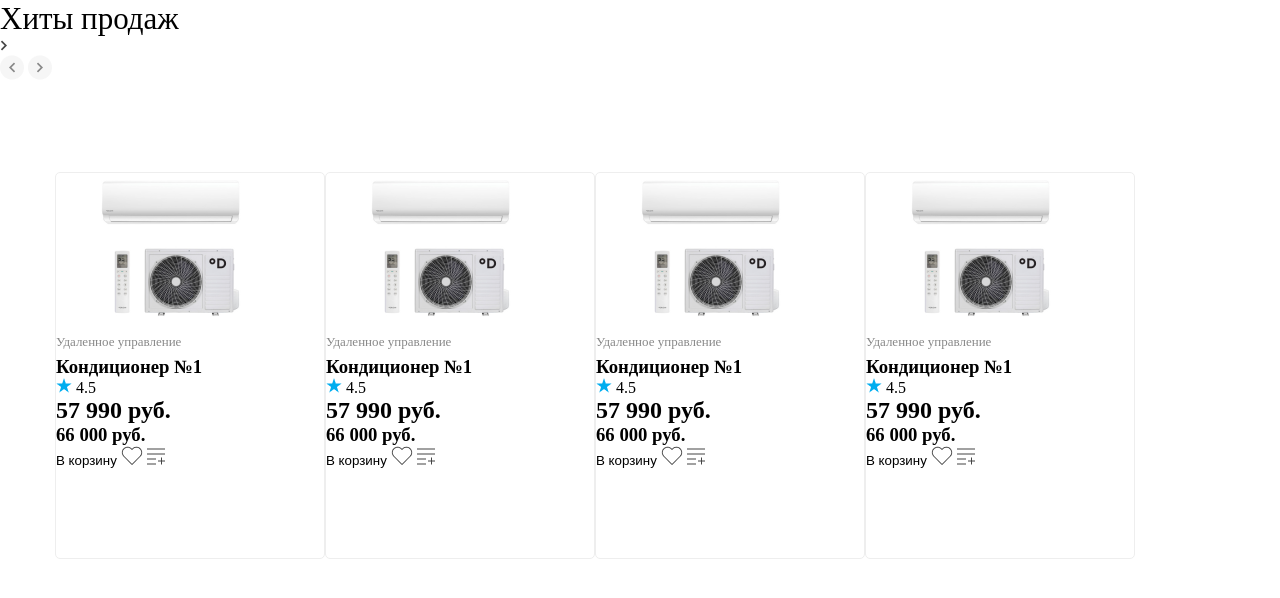
Repository: NikaMana/us
Page: index.html
The author's editor kept a copy of each file at every save. The page is drawn from the files as they stood at one save, then again after the next save.
The browser window is 1280 px wide. The pictures show the whole page.

Above is the page before, as saved 2021-09-15 15:28:22.

### index.html
<!DOCTYPE html>
<html lang="ru">
<head>
    <meta charset="utf-8">
    <title>Main page</title>
    <meta name="viewport" content="widht=1100, initial-scale=1.0">
    <link rel="stylesheet" href="./styles.css">


</head>
<body>
<div class="welcome">
  <div class="welcome__container">
    <div class="welcome__up">
      <div class="welcome__left">
        <h1 class="welcome__hits">Хиты продаж</h1>
        <img class="welcome__arr" src="/img/arrbl.png" alt="blackarrow">
      </div>
      <div class="welcome__right">
        <img class="welcome__arr-left" src="/img/arrleft.png" alt="arrowleft">
        <img class="welcome__arr-right" src="/img/arrright.png" alt="arrowright">
      </div>
    </div>
      <div class="welcome__block-container">
        <div class="welcome__block">
          <img class="welcome__pic" src="/img/pic1.png" alt="condition">
          <h4 class="welcome__control">Удаленное управление</h4>
          <h3 class="welcome__condition">Кондиционер №1</h3>
          <div class="welcome__rating">
            <img class="welcome__star" src="/img/Star.png" alt="star">
            <span class="welcome__score">4.5</span>
          </div>
          <div class="welcome__price">
            <h2 class="welcome__price-current">57 990 руб.</h2>
            <h3 class="welcome__price-current">66 000 руб.</h3>
          </div>
          <div class="welcome__adding">
            <button class="welcome__button">В корзину</button>
            <img class="welcome__like" src="/img/like.png" alt="like">
            <img class="welcome__plus" src="/img/add.png" alt="add">
          </div>
        </div>
        <div class="welcome__block">
          <img class="welcome__pic" src="/img/pic1.png" alt="condition">
          <h4 class="welcome__control">Удаленное управление</h4>
          <h3 class="welcome__condition">Кондиционер №1</h3>
          <div class="welcome__rating">
            <img class="welcome__star" src="/img/Star.png" alt="star">
            <span class="welcome__score">4.5</span>
          </div>
          <div class="welcome__price">
            <h2 class="welcome__price-current">57 990 руб.</h2>
            <h3 class="welcome__price-current">66 000 руб.</h3>
          </div>
          <div class="welcome__adding">
            <button class="welcome__button">В корзину</button>
            <img class="welcome__like" src="/img/like.png" alt="like">
            <img class="welcome__plus" src="/img/add.png" alt="add">
          </div>
        </div>
        <div class="welcome__block">
          <img class="welcome__pic" src="/img/pic1.png" alt="condition">
          <h4 class="welcome__control">Удаленное управление</h4>
          <h3 class="welcome__condition">Кондиционер №1</h3>
          <div class="welcome__rating">
            <img class="welcome__star" src="/img/Star.png" alt="star">
            <span class="welcome__score">4.5</span>
          </div>
          <div class="welcome__price">
            <h2 class="welcome__price-current">57 990 руб.</h2>
            <h3 class="welcome__price-current">66 000 руб.</h3>
          </div>
          <div class="welcome__adding">
            <button class="welcome__button">В корзину</button>
            <img class="welcome__like" src="/img/like.png" alt="like">
            <img class="welcome__plus" src="/img/add.png" alt="add">
          </div>
        </div>
        <div class="welcome__block">
          <img class="welcome__pic" src="/img/pic1.png" alt="condition">
          <h4 class="welcome__control">Удаленное управление</h4>
          <h3 class="welcome__condition">Кондиционер №1</h3>
          <div class="welcome__rating">
            <img class="welcome__star" src="/img/Star.png" alt="star">
            <span class="welcome__score">4.5</span>
          </div>
          <div class="welcome__price">
            <h2 class="welcome__price-current">57 990 руб.</h2>
            <h3 class="welcome__price-current">66 000 руб.</h3>
          </div>
          <div class="welcome__adding">
            <button class="welcome__button">В корзину</button>
            <img class="welcome__like" src="/img/like.png" alt="like">
            <img class="welcome__plus" src="/img/add.png" alt="add">
          </div>
        </div>
      </div>
  </div>
</div>
</body>

### styles.css
*{
  margin: 0;
  padding: 0;
  box-sizing: border-box;
}
button{
  border: none;
  background: no-repeat;
}
h1, h2,h3,h4,h5{
  font-family: none;
  font-size: none;
}
.welcome{
  position: absolute;
  width: 100%;
  height: 100%;
  z-index: 0;
}

.welcome__hits{
font-family: Gotham Pro;
font-size: 31px;
font-style: normal;
font-weight: 300;
line-height: 37px;
letter-spacing: 0em;
text-align: left;
}
.welcome__block-container{
  display: flex;
  flex-direction: row;
}
.welcome__block{
height: 387px;
width: 270px;
left: 55px;
top: 88px;
border-radius: 5px;
position: relative;
height: 387px;
left: 55px;
right: 955px;
top: 88px;
background: #FFFFFF;
border: 1px solid #EEEEEE;
box-sizing: border-box;
border-radius: 5px;
}
.welcome__pic{
height: 150px;
left: 20px;
right: 20px;
top: 20px;
}
.welcome__control{
  position: static;
width: 230px;
height: 19px;
left: 0px;
top: 0px;
font-family: Gotham Pro;
font-style: normal;
font-weight: normal;
font-size: 13px;
line-height: 19px;
color: #888888;
flex: none;
order: 0;
align-self: stretch;
flex-grow: 0;
margin: 5px 0px;
}
.welcome__condition{

}

After the next save:
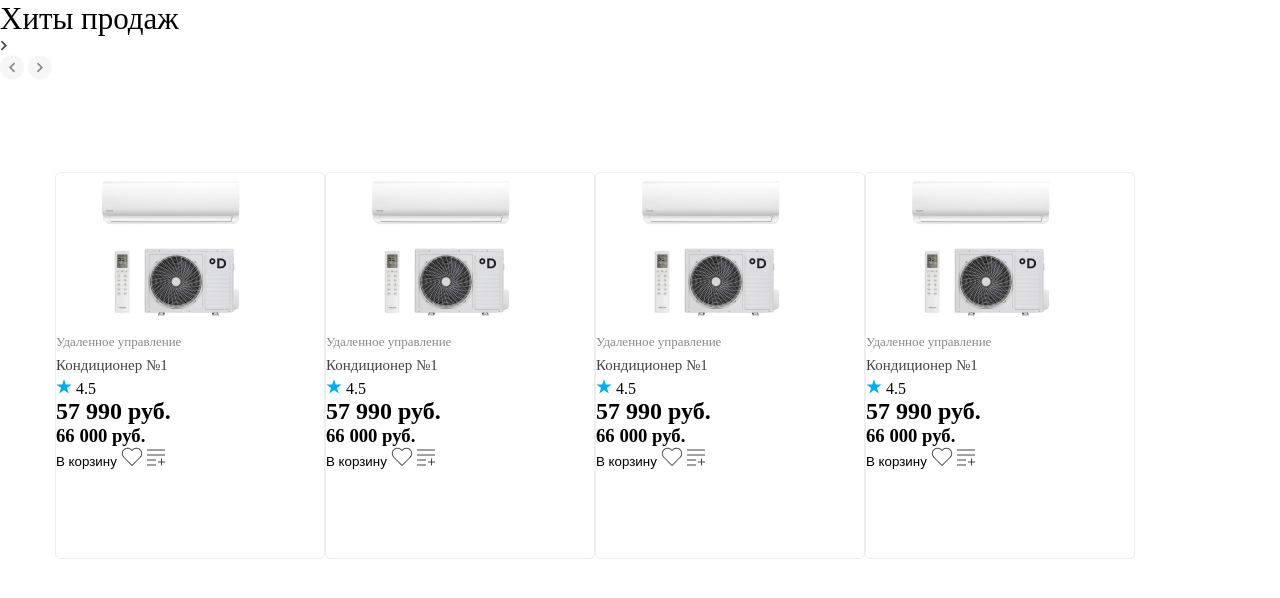
Saved 35 s later.
--- a/styles.css
+++ b/styles.css
@@ -72,5 +72,20 @@ flex-grow: 0;
 margin: 5px 0px;
 }
 .welcome__condition{
-
+  position: static;
+width: 230px;
+height: 18px;
+left: 0px;
+top: 0px;
+font-family: Gotham Pro;
+font-style: normal;
+font-weight: normal;
+font-size: 15px;
+line-height: 18px;
+color: #444444;
+flex: none;
+order: 0;
+align-self: stretch;
+flex-grow: 0;
+margin: 5px 0px;
 }
